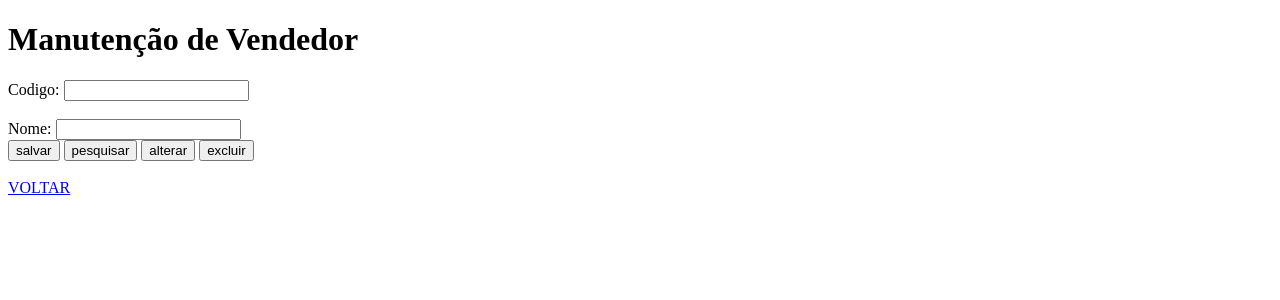
Repository: gabriellacrystina/workspaceWeb
Page: http://localhost/PrjVendas/ManutencaoVendedor.jsp
An editor plug-in stored every save of this project. The page is shown before and after the next save, followed by the edit.
The browser window is 1280 px wide. The pictures show the whole page.
The page is served by Tomcat 9.

Above is the page before, as saved 2015-09-15 00:14:11.

After the next save:
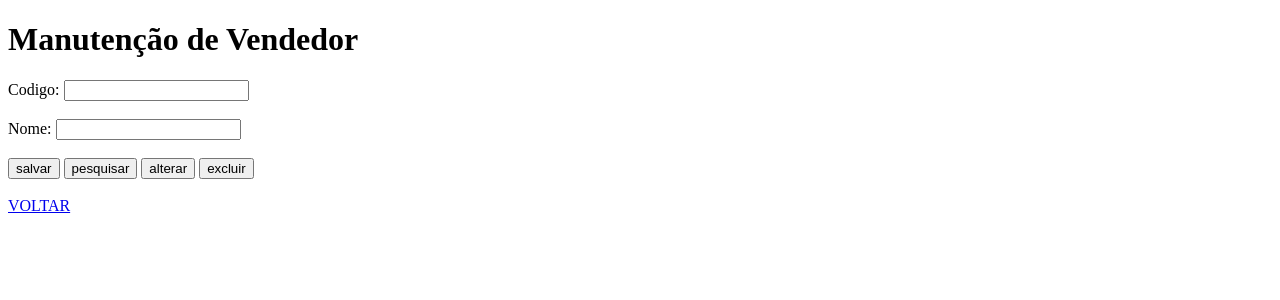
Saved 11 s later.
--- a/PrjVendas/WebContent/ManutencaoVendedor.jsp
+++ b/PrjVendas/WebContent/ManutencaoVendedor.jsp
@@ -10,7 +10,7 @@
 		<form action="ManutencaoVendedor" method="post">
 			<h1>Manutenção de Vendedor</h1>
 				Codigo: <input type="text" name="codigo"><br><br>
-				Nome: <input type="text" name="nome"><br>
+				Nome: <input type="text" name="nome"><br><br>
 
 			<input type="submit" name="btnSubmit" value="salvar">
 			<input type="submit" name="btnSubmit" value="pesquisar">
